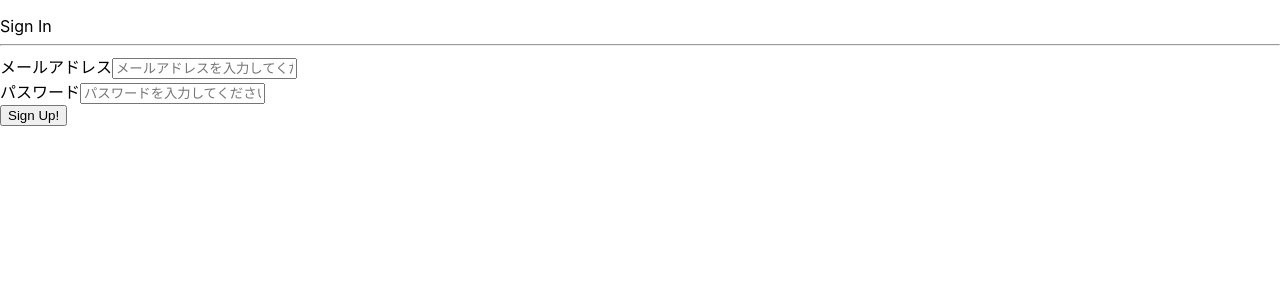
Repository: tosaken1116/Backs-of-seniors-hackathon
Page: /components/SignInModal
An editor plug-in stored every save of this project. The page is shown before and after the next save, followed by the edit.
The browser window is 1280 px wide. The pictures show the whole page.
The project was rebuilt for these pictures with package versions that can differ from the ones it lists, and the page was loaded fresh each time. The framework's server and built-in components were replaced by stand-ins that run in the browser. Also part of the build but not shown: next.config.js.

Above is the page before, as saved 2022-07-17 11:49:38.

After the next save:
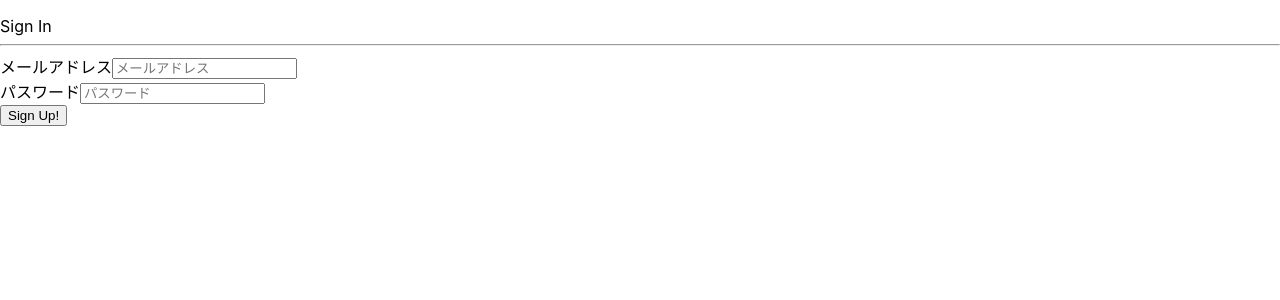
Saved 4 min 52 s later.
--- a/pages/components/SignInModal.tsx
+++ b/pages/components/SignInModal.tsx
@@ -28,7 +28,7 @@ export default function SignInModal() {
                                         <label>メールアドレス</label>
                                         <input
                                             type="text"
-                                            placeholder="メールアドレスを入力してください"
+                                            placeholder="メールアドレス"
                                             name="email"
                                             required
                                             onChange={(event) =>
@@ -40,7 +40,7 @@ export default function SignInModal() {
                                         <label>パスワード</label>
                                         <input
                                             type="password"
-                                            placeholder="パスワードを入力してください"
+                                            placeholder="パスワード"
                                             name="password"
                                             required
                                             onChange={(event) =>
